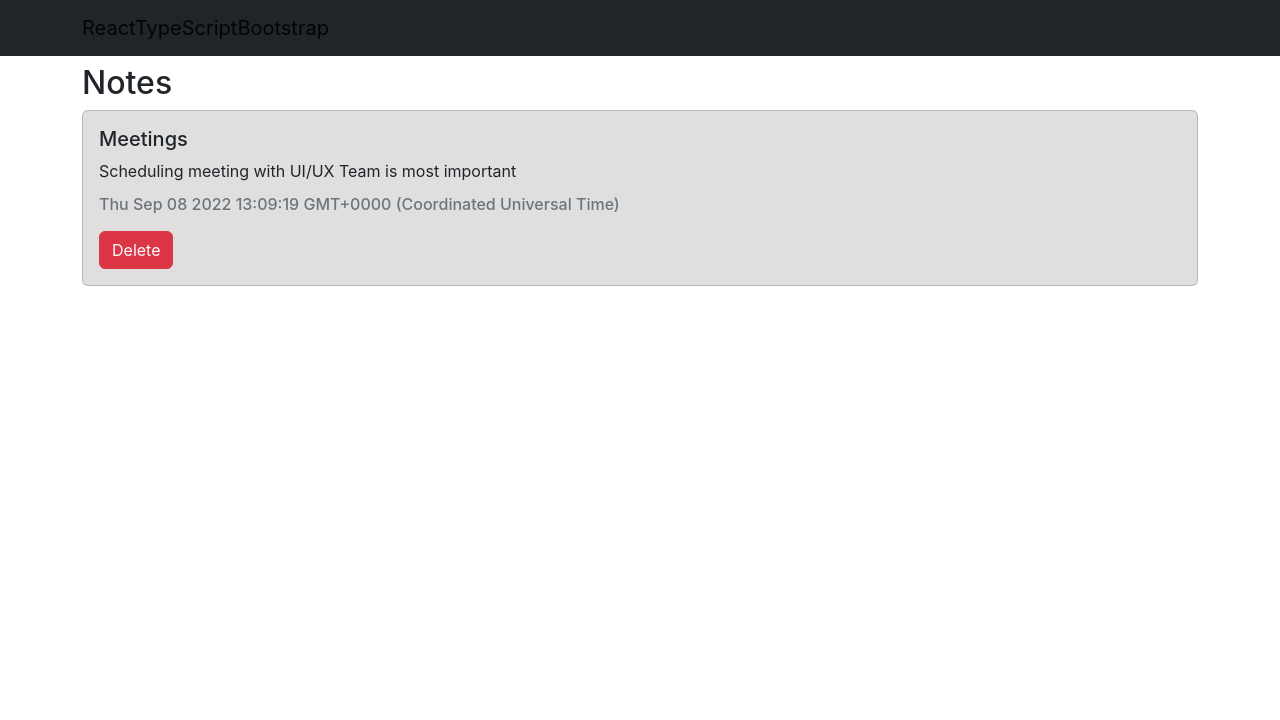
Repository: OmniaRafat232111121/notes
Page: /
These files come from the project's save history. The page is drawn as it stood at one moment and after a run of saves; the edit follows.
The browser window is 1280 px wide. The pictures show the whole page.
The project was rebuilt for these pictures with package versions that can differ from the ones it lists, and the page was loaded fresh each time. Also part of the build but not shown: src/App.css.

Above is the page before, as saved 2022-09-08 13:09:19.

### public/index.html
<!DOCTYPE html>
<html lang="en">
  <head>
    <meta charset="utf-8" />
    <link rel="icon" href="%PUBLIC_URL%/favicon.ico" />
    <meta name="viewport" content="width=device-width, initial-scale=1" />
    <meta name="theme-color" content="#000000" />
    <meta
      name="description"
      content="Web site created using create-react-app"
    />
    <link rel="apple-touch-icon" href="%PUBLIC_URL%/logo192.png" />
    <link
    rel="stylesheet"
    href="https://cdn.jsdelivr.net/npm/bootstrap@5.2.0-beta1/dist/css/bootstrap.min.css"
    integrity="sha384-0evHe/X+R7YkIZDRvuzKMRqM+OrBnVFBL6DOitfPri4tjfHxaWutUpFmBp4vmVor"
    crossorigin="anonymous"
  />
    <link rel="manifest" href="%PUBLIC_URL%/manifest.json" />
    <title>React App</title>
  </head>
  <body>
    <noscript>You need to enable JavaScript to run this app.</noscript>
    <div id="root"></div>
  </body>
</html>

### src/App.tsx
import React,{useState} from 'react';
import './App.css';
import Header from './components/Header';
import NotesList from './components/NotesList';
import {Note} from "./modals/note.model"
import {Container,Row,Col} from 'react-bootstrap';
function App() {
  const [notes,setNotes]=useState<Note[]>([{
   id:(new Date).toString(),
   title:"Meetings",
   text:"Scheduling meeting with UI/UX Team is most important",
   color:'#dfdfdf',
   date:(new Date).toString()
  }]);

  return (
   <>
   <Header/>
   <Container className="mt-5">
    <Row>
      <Col>
      <NotesList notes={notes} setNotes={setNotes}/>
      </Col>
    </Row>
   </Container>
   </>
  );
}

export default App;

### src/components/Header.tsx
import * as React from 'react';
import { Navbar,Container } from 'react-bootstrap';

interface IHeaderProps {
}

const Header: React.FunctionComponent<IHeaderProps> = (props) => {
    return (
    <Navbar fixed="top" bg="dark" >
    <Container>
        <Navbar.Brand>
            ReactTypeScriptBootstrap
        </Navbar.Brand>
    </Container>
    </Navbar>
    );
};

export default Header;

### src/components/NotesList.tsx
import * as React from 'react';
import Notes from './Notes';
import { Note } from '../modals/note.model';

interface INotesListProps {
    notes: Note[],
    setNotes:React.Dispatch<React.SetStateAction<Note[]>>
}

const NotesList: React.FC<INotesListProps> = ({ notes,setNotes}) => {
    const handleDelete=(id:string)=>{
      setNotes(notes.filter(note=>note.id !==id))
    }
    const renderNotes = ():JSX.Element[] => {
        return notes.map(note => {
            return <Notes key={note.id} note={note} handleDelete={handleDelete} />
        })
    }
    return (
        <>
            <h2 className="mt-3">Notes</h2>
            <div>{ renderNotes() }</div>
        </>
  );
};

export default NotesList;

### src/components/Notes.tsx
import * as React from 'react';
import { Card } from 'react-bootstrap';
import Button from 'react-bootstrap/Button';
import { Note } from '../modals/note.model';

interface INotesProps {
    note: Note,
    handleDelete: (id: string) => void
}

const Notes: React.FC<INotesProps> = ({note, handleDelete}) => {
    return (
        <div className="mb-3">
            <Card style={{backgroundColor: note.color}}>
                <Card.Body>
                    <Card.Title>{note.title}</Card.Title>
                    <Card.Text>{note.text}</Card.Text>
                    <Card.Subtitle className="text-muted">{ note.date}</Card.Subtitle>
                    <Button className="mt-3" variant="danger" onClick={ () => handleDelete(note.id)}>Delete</Button>
                </Card.Body>
            </Card>
            </div>
    );

};

export default Notes;

### src/components/CreateNotes.tsx
import * as React from 'react';
import { Form } from 'react-bootstrap';
import {Button} from 'react-bootstrap'
interface ICreateNotesProps {
}

const CreateNotes: React.FunctionComponent<ICreateNotesProps> = (props) => {
  return (
<>
<h2>Create Notes</h2>
<Form className="mt-3 mb-3">
    <Form.Group className="mt-3 mb-3" controlId='formBasicTitle'>
     <Form.Label>Title</Form.Label>
     <Form.Control type="text" placeholder='Enter Title for Notes'>

     </Form.Control>
   </Form.Group>

   <Form.Group className="mb-3" controlId="formBasicText">
                    <Form.Label>Text</Form.Label>
                    <Form.Control placeholder="Enter your notes" as="textarea" rows={3} />
   </Form.Group>

   <Form.Group className="mb-3">
  <Form.Label htmlFor="colorInput">Notes Color</Form.Label>
  <Form.Control type="color" id="colorInput" defaultValue="#dfdfdf" title="Choose your color" />
  </Form.Group>
<Button type="submit" variant="primary">Submit</Button>
</Form>
</>
  );
};

export default CreateNotes;

Loaded but not shown: src/index.tsx (common file); src/index.css (common file); src/reportWebVitals.ts (common file)

After the next 15 saves:
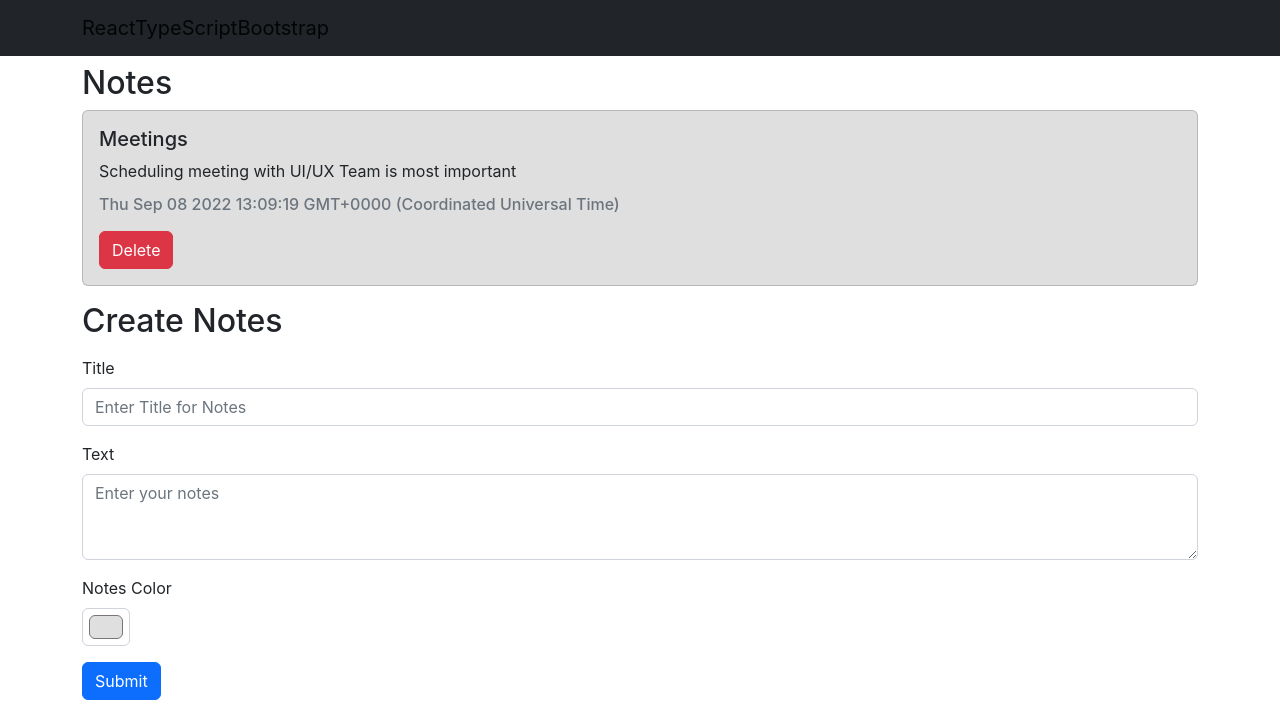
The 15 saves are shown as one change because 2 did not build or start and some came seconds apart.
The last was saved 57 s later.
--- a/src/App.tsx
+++ b/src/App.tsx
@@ -4,6 +4,7 @@ import Header from './components/Header';
 import NotesList from './components/NotesList';
 import {Note} from "./modals/note.model"
 import {Container,Row,Col} from 'react-bootstrap';
+import CreateNotes from './components/CreateNotes';
 function App() {
   const [notes,setNotes]=useState<Note[]>([{
    id:(new Date).toString(),
@@ -22,6 +23,11 @@ function App() {
       <NotesList notes={notes} setNotes={setNotes}/>
       </Col>
     </Row>
+    <Row>
+          <Col>
+            <CreateNotes notes={notes} setNotes={ setNotes}/>
+          </Col>
+          </Row>
    </Container>
    </>
   );
